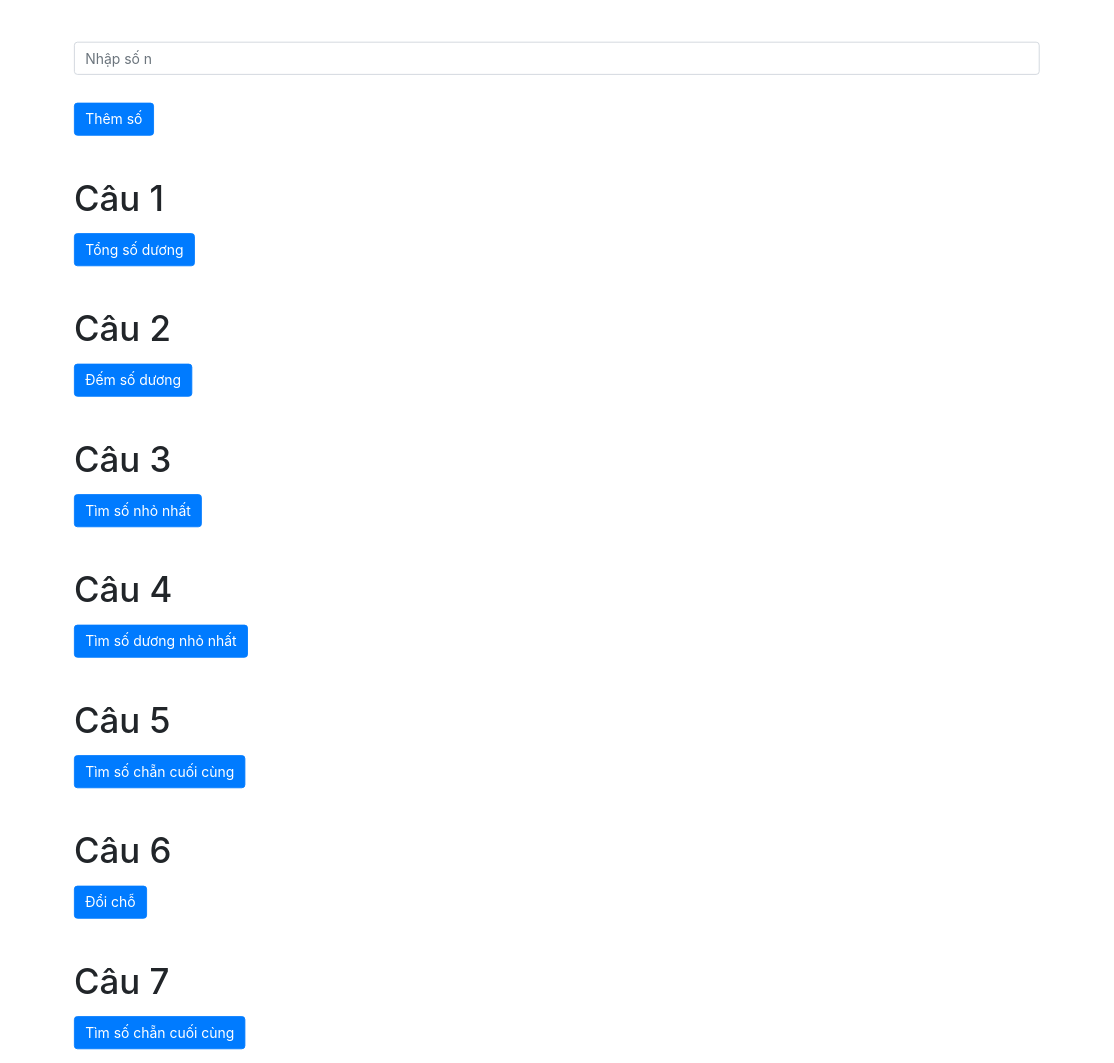
Repository: thanhfrankie/BC10-LeMinhThanh-Js-b7-8
Page: index.html
These files come from the project's save history. The page is drawn as it stood at one moment and after the next save; the edit follows.
The browser window is 1280 px wide. The pictures show the whole page, at 87% of full size.

Above is the page before, as saved 2023-12-27 22:51:47.

### index.html
<!doctype html>
<html lang="en">
  <head>
    <title>Title</title>
    <!-- Required meta tags -->
    <meta charset="utf-8">
    <meta name="viewport" content="width=device-width, initial-scale=1, shrink-to-fit=no">

    <!-- Bootstrap CSS -->
    <link rel="stylesheet" href="https://cdn.jsdelivr.net/npm/bootstrap@4.6.2/dist/css/bootstrap.min.css" integrity="sha384-xOolHFLEh07PJGoPkLv1IbcEPTNtaed2xpHsD9ESMhqIYd0nLMwNLD69Npy4HI+N" crossorigin="anonymous">

  </head>
  <body>
    <div class="container mt-4">
        <div class="form-group">
            <label for="nhap-so-n"></label>
            <input
              type="number"
              class="form-control"
              name=""
              id="nhap-so-n"
              aria-describedby="helpId"
              placeholder="Nhập số n"
              required
            />
          </div>
        <button
        type="button"
        onclick="themSo()"
        class="btn btn-primary mt-3"
        id="ket-qua-tuyen-sinh"
      >
        Thêm số
      </button>
      <!-- Câu 1 -->
      <h1 class="mt-5">Câu 1</h1>
        <p class="mt-3">
            <button class="btn btn-primary" type="button" data-toggle="collapse" data-target="#cau1" aria-expanded="false"
                    aria-controls="contentId">
                Tổng số dương
            </button>
          </p>
          <div class="collapse" id="cau1">

            <div class="btn btn-danger" onclick="tinhTong()">Tính tổng</div>
            <h2 id="tong-so-duong"></h2>
          </div>
          <!-- Câu 2 -->
          <h1 class="mt-5">Câu 2</h1>
          <p class="mt-3">
              <button class="btn btn-primary" type="button" data-toggle="collapse" data-target="#cau2" aria-expanded="false"
                      aria-controls="contentId">
                  Đếm số dương
              </button>
            </p>
            <div class="collapse" id="cau2">

              <div class="btn btn-danger" onclick="demSoDuong()">Đếm số</div>
              <h2 id="dem-so-duong"></h2>
            </div>
        <!-- Câu 3 -->
        <h1 class="mt-5">Câu 3</h1>
        <p class="mt-3">
            <button class="btn btn-primary" type="button" data-toggle="collapse" data-target="#cau3" aria-expanded="false"
                    aria-controls="contentId">
                Tìm số nhỏ nhất
            </button>
          </p>
          <div class="collapse" id="cau3">

            <div class="btn btn-danger" onclick="soNhoNhat()">Tìm số nhỏ nhất</div>
            <h2 id="so-nho-nhat"></h2>
          </div>
          <!-- Câu 4 -->
          <h1 class="mt-5">Câu 4</h1>
        <p class="mt-3">
            <button class="btn btn-primary" type="button" data-toggle="collapse" data-target="#cau4" aria-expanded="false"
                    aria-controls="contentId">
                Tìm số dương nhỏ nhất
            </button>
          </p>
          <div class="collapse" id="cau4">

            <div class="btn btn-danger" onclick="soDuongNhoNhat()">Tìm số dương nhỏ nhất</div>
            <h2 id="so-duong-nho-nhat"></h2>
          </div>
             <!-- Câu 5 -->
             <h1 class="mt-5">Câu 5</h1>
             <p class="mt-3">
                 <button class="btn btn-primary" type="button" data-toggle="collapse" data-target="#cau5" aria-expanded="false"
                         aria-controls="contentId">
                         Tìm số chẵn cuối cùng
                 </button>
               </p>
               <div class="collapse" id="cau5">

                 <div class="btn btn-danger" onclick="soChanCuoiCung()">Tìm số chẵn cuối cùng</div>
                 <h2 id="so-chan-cuoi-cung"></h2>
               </div>
             <!-- Câu 6 -->
             <h1 class="mt-5">Câu 6</h1>
             <p class="mt-3">
                 <button class="btn btn-primary" type="button" data-toggle="collapse" data-target="#cau6" aria-expanded="false"
                         aria-controls="contentId">
                         Đổi chỗ
                 </button>
               </p>
               <div class="collapse" id="cau6">
                <div class="form-group">
                    <label for="so-vi-tri-1"></label>
                    <input
                      type="number"
                      class="form-control"
                      name=""
                      id="so-vi-tri-1"
                      aria-describedby="helpId"
                      placeholder="Nhập số vị trí 1"
                      required
                    />
                    <label for="so-vi-tri-2"></label>
                    <input
                      type="number"
                      class="form-control"
                      name=""
                      id="so-vi-tri-2"
                      aria-describedby="helpId"
                      placeholder="Nhập số vị trí 2"
                      required
                    />
                  </div>
                 <div class="btn btn-danger" onclick="doiCho()">Đổi chỗ</div>
                 <h2 id="ket-qua-doi-cho"></h2>
               </div>


      <!-- Câu 7 -->
      <h1 class="mt-5">Câu 7</h1>
      <p class="mt-3">
          <button class="btn btn-primary" type="button" data-toggle="collapse" data-target="#cau7" aria-expanded="false"
                  aria-controls="contentId">
                  Tìm số chẵn cuối cùng
          </button>
        </p>
        <div class="collapse" id="cau7">

          <div class="btn btn-danger" onclick="soChanCuoiCung()">Tìm số chẵn cuối cùng</div>
          <h2 id="so-chan-cuoi-cung"></h2>
        </div>





     </div>





    <!-- Optional JavaScript -->
    <!-- jQuery first, then Popper.js, then Bootstrap JS -->
    <script src="https://cdn.jsdelivr.net/npm/jquery@3.5.1/dist/jquery.slim.min.js" integrity="sha384-DfXdz2htPH0lsSSs5nCTpuj/zy4C+OGpamoFVy38MVBnE+IbbVYUew+OrCXaRkfj" crossorigin="anonymous"></script>
    <script src="https://cdn.jsdelivr.net/npm/popper.js@1.16.1/dist/umd/popper.min.js" integrity="sha384-9/reFTGAW83EW2RDu2S0VKaIzap3H66lZH81PoYlFhbGU+6BZp6G7niu735Sk7lN" crossorigin="anonymous"></script>
    <script src="https://cdn.jsdelivr.net/npm/bootstrap@4.6.2/dist/js/bootstrap.min.js" integrity="sha384-+sLIOodYLS7CIrQpBjl+C7nPvqq+FbNUBDunl/OZv93DB7Ln/533i8e/mZXLi/P+" crossorigin="anonymous"></script>

    <script src="./index.js"></script>
  </body>
</html>

### index.js
var daySo = []
function clearInput() {
document.getElementById("nhap-so-n").value =""

}
function themSo() {
    var soThemVao = document.getElementById("nhap-so-n").value *1
    daySo.push(soThemVao)
    console.log("🥶 - daySo:", daySo)
    clearInput()
}

// câu 1: Tổng số dương
function tinhTong() {
    var tongCacSoDuong = 0
    for (let i = 0; i < daySo.length; i++) {
        if (daySo[i] > 0) {
            tongCacSoDuong = tongCacSoDuong + daySo[i]
        }
    }
    var ketqua = document.getElementById("tong-so-duong")
    ketqua.innerHTML = `Tổng số dương: ${tongCacSoDuong}`
}
// Câu 2: Đếm số dương trong mảng
function demSoDuong() {
   var soSoDuong = 0
    for (let i = 0; i < daySo.length; i++) {
        if (daySo[i] > 0) {
            soSoDuong++
        }
    }
    var ketqua = document.getElementById("dem-so-duong")
    ketqua.innerHTML = `Số dương: ${soSoDuong}`
}
// Câu 3: Tìm số nhỏ nhất
function soNhoNhat() {
   var soNhoNhat = daySo[0]
    for (let i = 0; i < daySo.length; i++) {
        if (soNhoNhat > daySo[i]) {
            soNhoNhat = daySo[i]
        }
    }
    var ketqua = document.getElementById("so-nho-nhat")
    ketqua.innerHTML = `Số nhỏ nhất: ${soNhoNhat}`
}
// Câu 4: Tìm số dương nhỏ nhất
function soDuongNhoNhat() {
    var daySoDuong = []
    var soDuongNhoNhat = daySoDuong[0]

     for (let i = 0; i < daySo.length; i++) {
         if (daySo[i] > 0) {
            daySoDuong.push(daySo[i])
         }
    }
    var soDuongNhoNhat = daySoDuong[0]
    for (let j = 0; j < daySoDuong.length; j++) {
        if (soDuongNhoNhat > daySoDuong[j]) {
            soDuongNhoNhat = daySoDuong[j]
        }
    }
    var ketqua = document.getElementById("so-duong-nho-nhat")

    if (daySoDuong !== null) {
        ketqua.innerHTML = `Không có số dương nào trong mảng`
    } else {
        ketqua.innerHTML = `Số dương nhỏ nhất: ${soDuongNhoNhat}`
    }
}
// Câu 5: Tìm số chẵn cuối cùng
function soChanCuoiCung() {
    var soChanCuoiCung = 0
    for (let i = 0; i < daySo.length; i++) {
        if (daySo[i] % 2==0) {
            soChanCuoiCung = daySo[i]
        }
    }
    var ketqua = document.getElementById("so-chan-cuoi-cung")
    ketqua.innerHTML = `Tổng số dương: ${soChanCuoiCung}`
}
// Câu 6: Đổi chỗ
function doiCho() {
    var viTriSo1 = document.getElementById("so-vi-tri-1").value *1
    var viTriSo2 = document.getElementById("so-vi-tri-2").value * 1
    var bienTam = 0
    bienTam = daySo[viTriSo2]
    daySo[viTriSo2] =  daySo[viTriSo1]
    daySo[viTriSo1] = bienTam

    var ketqua = document.getElementById("ket-qua-doi-cho")
    ketqua.innerHTML = `Mảng sau khi đổi: ${daySo}`
}

// Câu 7:

After the next save:
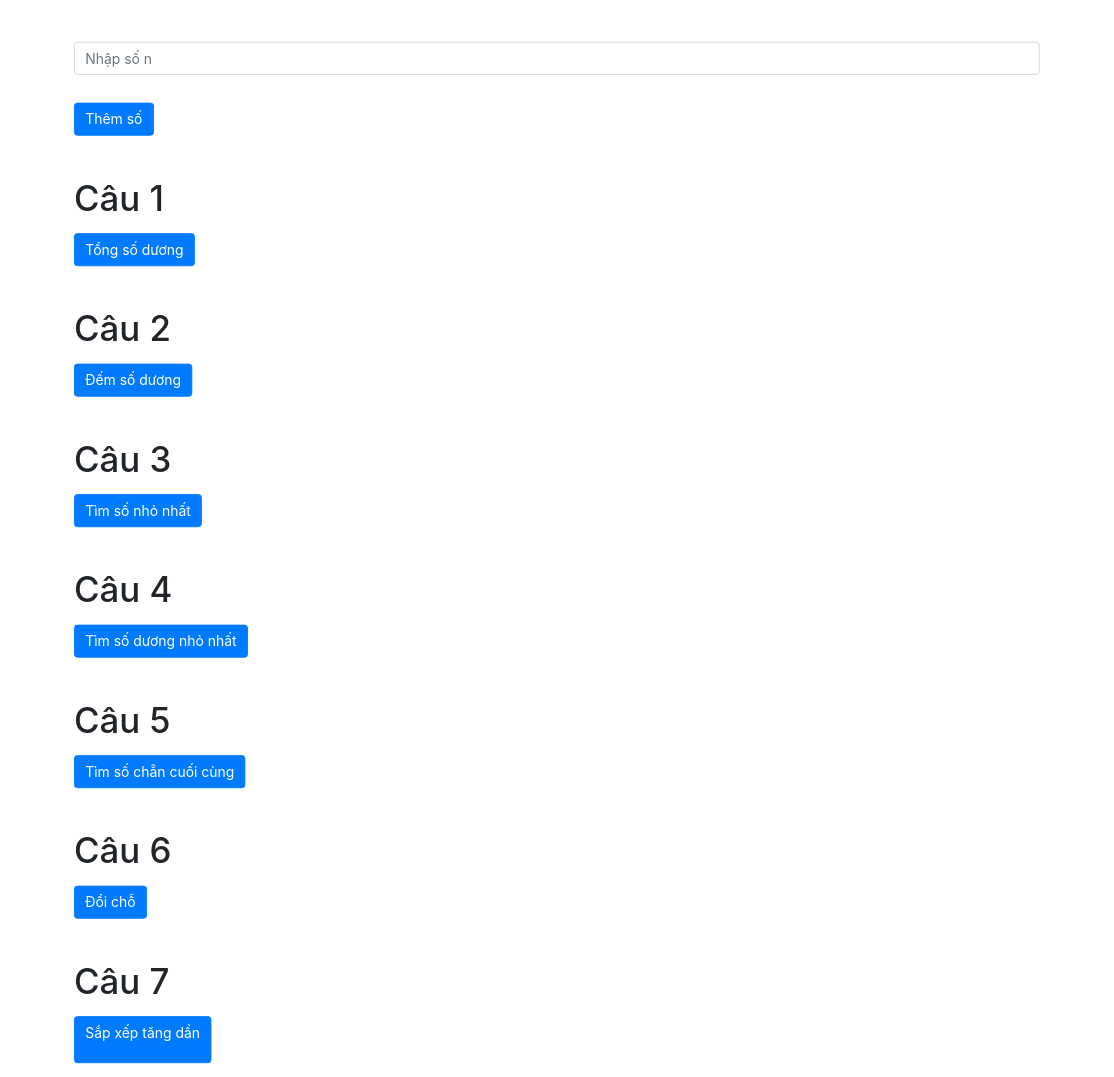
Saved 14 s later.
--- a/index.html
+++ b/index.html
@@ -138,8 +138,7 @@
       <p class="mt-3">
           <button class="btn btn-primary" type="button" data-toggle="collapse" data-target="#cau7" aria-expanded="false"
                   aria-controls="contentId">
-                  Tìm số chẵn cuối cùng
-          </button>
+                  Sắp xếp tăng dần
         </p>
         <div class="collapse" id="cau7">
 
